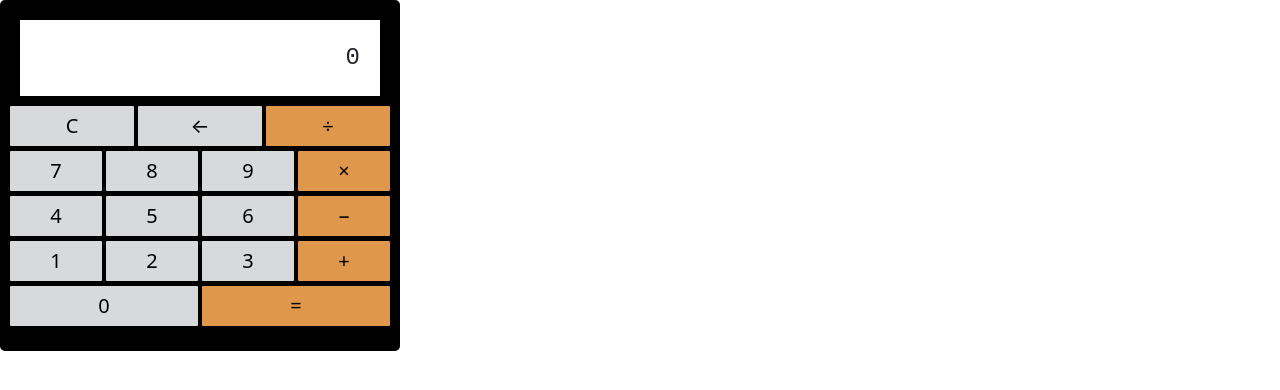
Repository: jgramirez0210/LAB-calculator
Page: index.html
The author's editor kept a copy of each file at every save. The page is drawn from the files as they stood at one save, then again after the next save.
The browser window is 1280 px wide. The pictures show the whole page.

Above is the page before, as saved 2023-10-10 21:20:19.

### index.html
<!DOCTYPE html>
<html lang="en">
<head>
  <meta charset="UTF-8">
  <meta name="viewport" content="width=device-width, initial-scale=1.0">
  <title>Calculator</title>
  <link href="https://cdn.jsdelivr.net/npm/bootstrap@5.3.2/dist/css/bootstrap.min.css" rel="stylesheet" integrity="sha384-T3c6CoIi6uLrA9TneNEoa7RxnatzjcDSCmG1MXxSR1GAsXEV/Dwwykc2MPK8M2HN" crossorigin="anonymous">
  <link rel="stylesheet" href="main.css">
</head>
<body>
  <div class="calculator">
    <div class="display">0</div>
    <div class="row">
      <button class="clear-btn" id="wide">C</button>
      <button id="back">&#8592;</button>
      <button class="function" id="division">&#247;</button>
    </div>
    <div class="row">
        <button>7</button>
        <button>8</button>
        <button>9</button>
        <button class="function" id="multiply">&#215;</button>
    </div>
    <div class="row">
        <button>4</button>
        <button>5</button>
        <button>6</button>
        <button class="function" id="subtract">&#8722;</button>
    </div>
    <div class="row">
        <button>1</button>
        <button>2</button>
        <button>3</button>
        <button class="function" id="add">&#43;</button>
    </div>
    <div class="row">
        <button>0</button>
        <button class="function" id="equals">&#61;</button>
    </div>
</div>

  <script src="https://cdn.jsdelivr.net/npm/bootstrap@5.3.2/dist/js/bootstrap.bundle.min.js" integrity="sha384-C6RzsynM9kWDrMNeT87bh95OGNyZPhcTNXj1NW7RuBCsyN/o0jlpcV8Qyq46cDfL" crossorigin="anonymous"></script>
  <script src="main.js"></script>
</body>
</html>

### main.css
* {
  box-sizing: border-box;
  margin: 0;
  padding: 0;
}

.calculator {
  width: 400px;
  background-color: #000000;
  padding: 20px;
  border-radius: 5px;
}

.display {
  font-family: monospace;
  background-color: #ffffff;
  padding: 20px;
  font-size: 24px;
  margin-bottom: 10px;
  text-align: right;
}

.row {
  display: flex;
  justify-content: space-between;
  margin-bottom: 5px;
}

button {
  flex: 1; /* Ensures equal distribution of space among buttons */
  margin: 0 2px; /* Added a slight margin for spacing */
  padding: 5px;
  font-size: 20px;
  background-color: #d8d9db;
  border: none;
  border-radius: 1px;
  transition: background-color 0.3s;
}

button:hover {
  background-color: #ebebeb;
}

button:active {
  background-color: #bbbcbe;
}

button.function {
  background-color: #df974c;
}

button.function:hover {
  background-color: #dfb07e;
}

button.function:active {
  background-color: #dd8d37;
}
button#wide {
  flex 2;
  margin-right:
}

### main.js
console.log("testeroo")

After the next save:
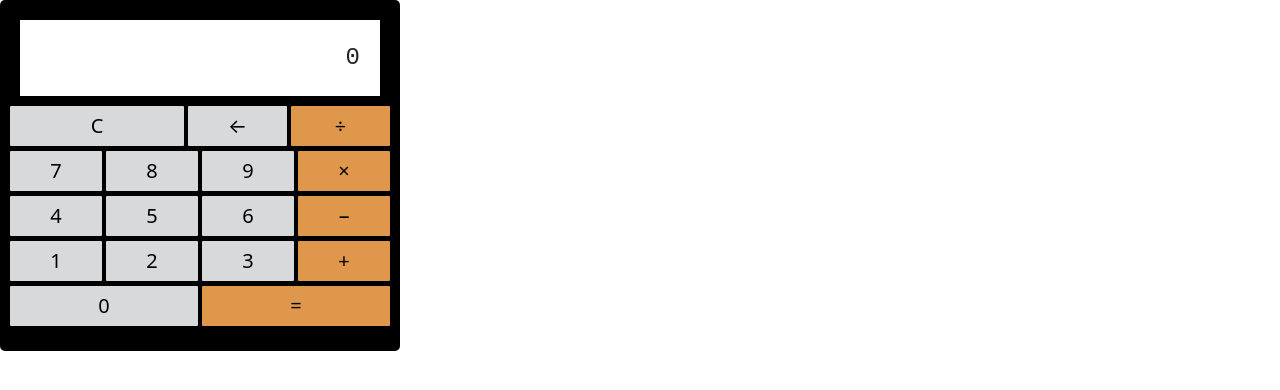
Saved 41 s later.
--- a/main.css
+++ b/main.css
@@ -57,6 +57,6 @@ button.function:active {
   background-color: #dd8d37;
 }
 button#wide {
-  flex 2;
+  flex: 2;
   margin-right:
 }
